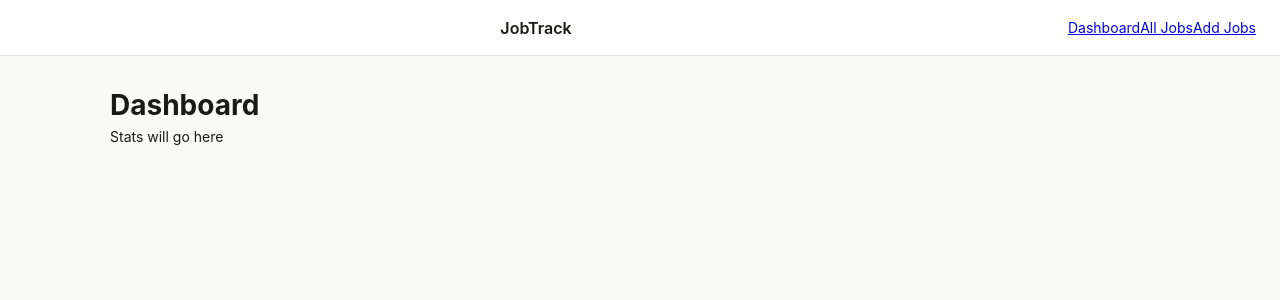
Repository: adtm0/jobtracker
Page: /dashboard (app in frontend/)
These files come from the project's save history. The page is drawn as it stood at one moment and after a run of saves; the edit follows.
The browser window is 1280 px wide. The pictures show the whole page.
The project was rebuilt for these pictures with package versions that can differ from the ones it lists, and the page was loaded fresh each time. Also part of the build but not shown: frontend/vite.config.js, frontend/src/pages/Login.jsx, frontend/src/pages/Register.jsx, frontend/src/pages/Jobs.jsx, frontend/src/pages/JobForm.jsx.

Above is the page before, as saved 2026-04-19 18:01:17.

### frontend/src/main.jsx
import { StrictMode } from "react";
import React from "react";
import ReactDOM from 'react-dom/client'
import { BrowserRouter } from 'react-router-dom'
import { createRoot } from "react-dom/client";
import "./index.css";
import App from "./App.jsx";

createRoot(document.getElementById("root")).render(
  <StrictMode>
    <BrowserRouter>
      <App />
    </BrowserRouter>
  </StrictMode>,
);

### frontend/src/index.css
*, *::before, *::after {
  box-sizing: border-box;
  margin: 0;
  padding: 0;
}

body {
  font-family: -apple-system, BlinkMacSystemFont, 'Segoe UI', sans-serif;
  background: #f9f9f8;
  color: #1a1a18;
  font-size: 14px;
  line-height: 1.5;
}

main {
  max-width: 1100px;
  margin: 0 auto;
  padding: 28px 20px;
}

input, select, textarea {
  width: 100%;
  padding: 8px 12px;
  border: 1px solid #e5e4df;
  border-radius: 8px;
  font-size: 14px;
  font-family: inherit;
  outline: none;
}

input:focus, select:focus, textarea:focus {
  border-color: #185FA5;
}

button {
  cursor: pointer;
  font-family: inherit;
  font-size: 14px;
  border-radius: 8px;
  border: 1px solid #e5e4df;
  background: #fff;
  padding: 8px 16px;
}

button:hover {
  background: #f9f9f8;
}

.btn-primary {
  background: #1a1a18;
  color: #fff;
  border-color: #1a1a18;
}

.btn-primary:hover {
  background: #333;
}

label {
  display: block;
  font-size: 12px;
  font-weight: 500;
  color: #6b6b67;
  margin-bottom: 5px;
}

### frontend/src/App.jsx
import {Routes, Route} from 'react-router-dom'
import Login from './pages/Login'
import Register from './pages/Register'
import Dashboard from './pages/Dashboard'
import Jobs from './pages/Jobs'
import JobForm from './pages/JobForm'
import Navbar from './components/Navbar'

function Layout({ children }) {
  return (
    <>
      <Navbar />
      <main>
        {children}
      </main>
    </>
  );
}

function App() {

  return (
    <Routes>
      <Route path='/login' element={<Login />} />
      <Route path='/register' element={<Register />} />
      <Route path='/dashboard' element={<Layout><Dashboard /></Layout>} />
      <Route path='/jobs' element={<Layout><Jobs /></Layout>} />
      <Route path='/jobs/new' element={<Layout><JobForm /></Layout>} />
    </Routes>
  )
}

export default App

### frontend/src/pages/Dashboard.jsx
export default function Dashboard() {
  return (
    <div>
      <h1>Dashboard</h1>
      <p>Stats will go here</p>
    </div>
  )
}

### frontend/src/components/Navbar.jsx
import { NavLink } from "react-router-dom";

export default function Navbar() {
  return (
    <nav style={{
      background: '#fff',
      borderBottom: '1px solid #e5e4df',
      padding: '0 24px',
      height: 56,
      display: 'flex',
      alignItems: 'center',
      justifyContent: 'space-between',
      position: 'sticky',
      top: 0,
      zIndex: 100
    }}>
      <div style={{display: 'flex', alignItems: 'center', gap: 4}}></div>
      <span style={{fontWeight: 600, fontSize: 16, marginRight: 20}}>JobTrack</span>
      <div>
        <NavLink to="/dashboard">Dashboard</NavLink>
        <NavLink to="/jobs">All Jobs</NavLink>
        <NavLink to="/jobs/new">Add Jobs</NavLink>
      </div>
    </nav>
  );
}

After the next 3 saves:
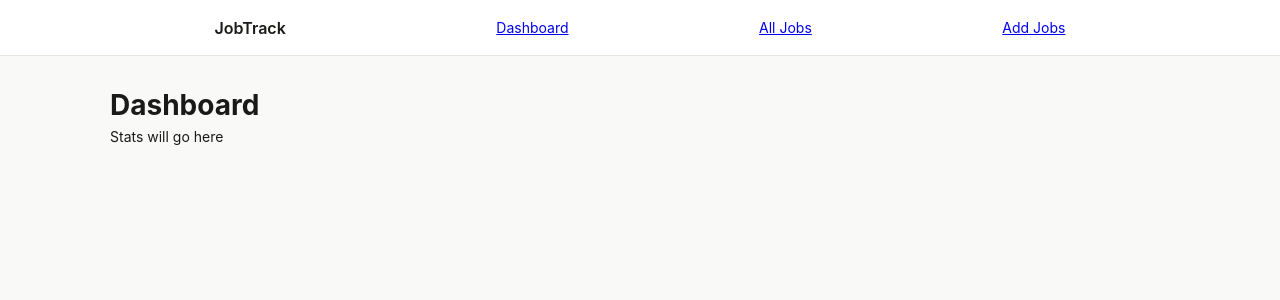
The 3 saves are shown as one change because they came seconds apart.
The last was saved 18 s later.
--- a/frontend/src/components/Navbar.jsx
+++ b/frontend/src/components/Navbar.jsx
@@ -2,25 +2,29 @@ import { NavLink } from "react-router-dom";
 
 export default function Navbar() {
   return (
-    <nav style={{
-      background: '#fff',
-      borderBottom: '1px solid #e5e4df',
-      padding: '0 24px',
-      height: 56,
-      display: 'flex',
-      alignItems: 'center',
-      justifyContent: 'space-between',
-      position: 'sticky',
-      top: 0,
-      zIndex: 100
-    }}>
-      <div style={{display: 'flex', alignItems: 'center', gap: 4}}></div>
-      <span style={{fontWeight: 600, fontSize: 16, marginRight: 20}}>JobTrack</span>
-      <div>
-        <NavLink to="/dashboard">Dashboard</NavLink>
-        <NavLink to="/jobs">All Jobs</NavLink>
-        <NavLink to="/jobs/new">Add Jobs</NavLink>
-      </div>
+    <nav
+      style={{
+        background: "#fff",
+        borderBottom: "1px solid #e5e4df",
+        padding: "0 24px",
+        height: 56,
+        display: "flex",
+        alignItems: "center",
+        justifyContent: "space-between",
+        position: "sticky",
+        top: 0,
+        zIndex: 100,
+      }}
+    >
+      <div style={{ display: "flex", alignItems: "center", gap: 4 }}></div>
+      <span style={{ fontWeight: 600, fontSize: 16, marginRight: 20 }}>
+        JobTrack
+      </span>
+
+      <NavLink to="/dashboard">Dashboard</NavLink>
+      <NavLink to="/jobs">All Jobs</NavLink>
+      <NavLink to="/jobs/new">Add Jobs</NavLink>
+      <div></div>
     </nav>
   );
 }
